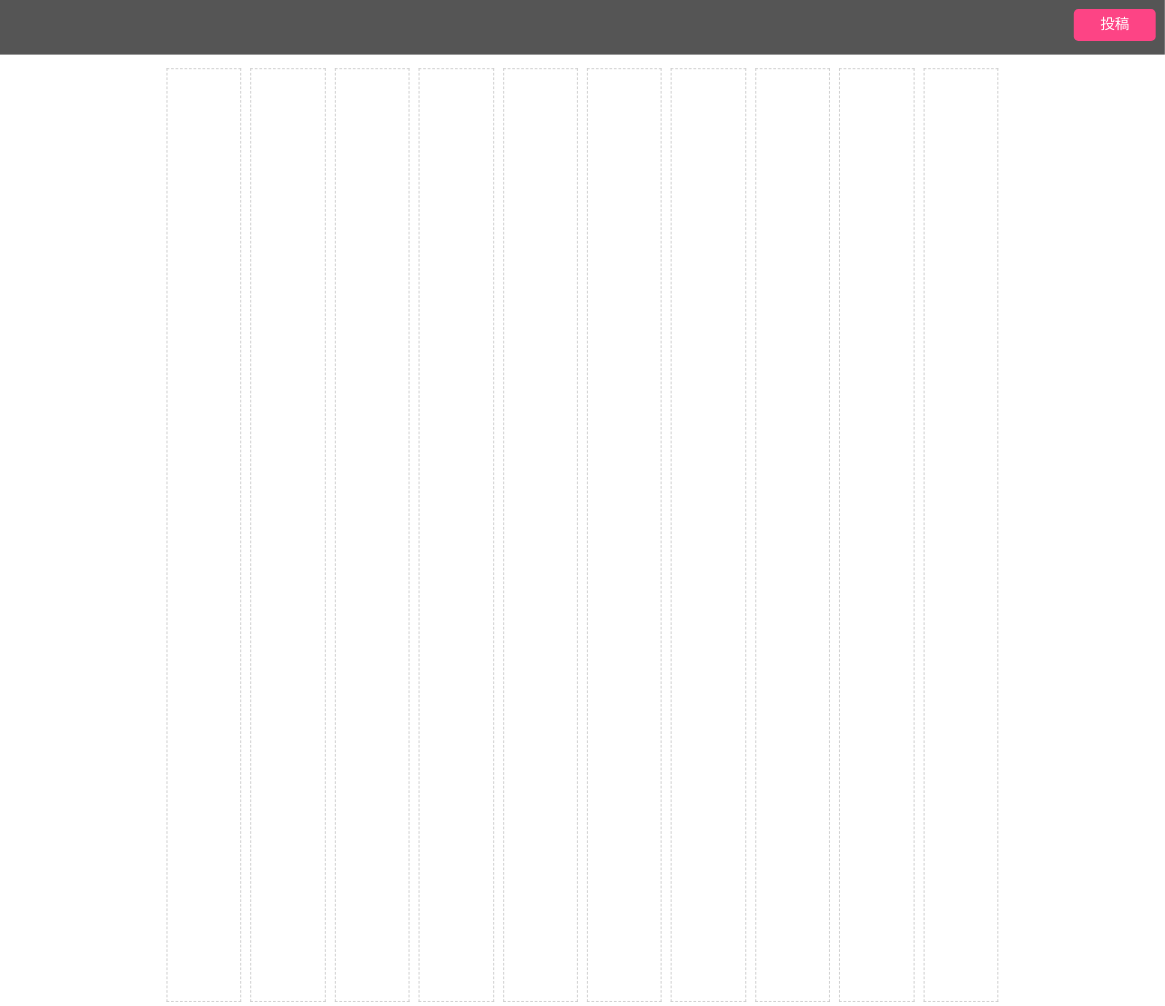
Repository: masaharu0090/yuibon_001
Page: http://localhost/html/index.php
These files come from the project's save history. The page is drawn as it stood at one moment and after the next save; the edit follows.
The browser window is 1280 px wide. The pictures show the whole page, at 91% of full size.
The page is run by PHP 8.4 with error messages shown; the project is at /var/www/html/. Queries for data that is not in the repository find no rows.

Above is the page before, as saved 2023-08-01 17:16:17.

### ImagePosting_08.04/html/index.php
<!DOCTYPE html>
<html lang="ja">
<head>
  <meta charset="UTF-8">
  <meta http-equiv="X-UA-Compatible" content="IE=edge">
  <meta name="viewport" content="width=device-width, initial-scale=1.0">
  <link rel="stylesheet" href="../style.css">
  <title>画像投稿アプリ</title>
</head>
<body>
  <?php include('../dbConfig.php') ?>
  <?php include('../getDatas.php') ?>
  <?php include('./header.php') ?>
  <div class="imageList">
    <?php
      $imageCount = count($data); // 画像の数を取得
      $maxImageCount = 10; // 最大画像数を設定
      for ($i = 0; $i < $maxImageCount; $i++) {
        if ($i < $imageCount) {
          $image = $data[$i];
          echo '<div class="imageFrame">';
          echo '<a href="./imageDetail.php?id=' . $image['id'] . '"><img src="../images/' . $image['file_name'] . '" alt="投稿画像"></a>';
          // 番号を表示
          echo '<div class="imageNumber">' . ($i + 1) . '</div>';
          echo '</div>';
        } else {
          echo '<div class="emptyImageFrame"></div>'; // 画像がない場合の空の枠
        }
      }
    ?>
  </div>
</body>
</html>

### ImagePosting_08.04/dbConfig.php
<?php

$dbName = "mysql:host=localhost;dbname=imageposting";
$userName = "yuibonn_user";
$password = "yuibonn0900";

try {
    $db = new PDO($dbName, $userName, $password);
} catch (\Throwable $th) {
    exit();
}

### ImagePosting_08.04/getDatas.php
<?php

$uri = $_SERVER['REQUEST_URI'];

if (strpos($uri, 'imageDetail.php') !== false) {
    $imageId = $_GET['id'];
    $sql = "SELECT * FROM images WHERE id = " . $imageId;

    $sth = $db->prepare($sql);
    $sth->execute();
    $data['image'] = $sth->fetch();

    $sql2 = "SELECT * FROM comments WHERE image_id = " . $imageId . " ORDER BY create_date DESC";

    $sth = $db->prepare($sql2);
    $sth->execute();
    $data['comments'] = $sth->fetchAll();
    $countComment = count($data['comments']);
} else {
    $sql = "SELECT * FROM images ORDER BY create_date DESC";

    $sth = $db->prepare($sql);
    $sth->execute();
    $data = $sth->fetchAll();
}

return $data;

### ImagePosting_08.04/html/header.php
<!DOCTYPE html>
<html lang="ja">
<head>
  <meta charset="UTF-8">
  <meta http-equiv="X-UA-Compatible" content="IE=edge">
  <meta name="viewport" content="width=device-width, initial-scale=1.0">
  <link rel="stylesheet" href="../style.css">
  <title>画像投稿アプリ</title>
</head>
<body>
  <div class="header">
    <button class="postImage" onclick="location.href='./postImageForm.php';">投稿</button>
  </div>
</body>
</html>

### ImagePosting_08.04/style.css
/*! destyle.css v3.0.2 | MIT License | https://github.com/nicolas-cusan/destyle.css */

/* Reset box-model and set borders */
/* ============================================ */

*,
::before,
::after {
  box-sizing: border-box;
  border-style: solid;
  border-width: 0;
}

/* Document */
/* ============================================ */

/**
 * 1. Correct the line height in all browsers.
 * 2. Prevent adjustments of font size after orientation changes in iOS.
 * 3. Remove gray overlay on links for iOS.
 */

html {
  line-height: 1.15; /* 1 */
  -webkit-text-size-adjust: 100%; /* 2 */
  -webkit-tap-highlight-color: transparent; /* 3*/
}

/* Sections */
/* ============================================ */

/**
 * Remove the margin in all browsers.
 */

body {
  margin: 0;
}

/**
 * Render the `main` element consistently in IE.
 */

main {
  display: block;
}

/* Vertical rhythm */
/* ============================================ */

p,
table,
blockquote,
address,
pre,
iframe,
form,
figure,
dl {
  margin: 0;
}

/* Headings */
/* ============================================ */

h1,
h2,
h3,
h4,
h5,
h6 {
  font-size: inherit;
  font-weight: inherit;
  margin: 0;
}
/* Lists (enumeration) */
/* ============================================ */


ul,
ol {
  margin: 0;
  padding: 0;
  list-style: none;
}

/* Lists (definition) */
/* ============================================ */

dt {
  font-weight: bold;
}

dd {
  margin-left: 0;
}

/* Grouping content */
/* ============================================ */

/**
 * 1. Add the correct box sizing in Firefox.
 * 2. Show the overflow in Edge and IE.
 */

hr {
  box-sizing: content-box; /* 1 */
  height: 0; /* 1 */
  overflow: visible; /* 2 */
  border-top-width: 1px;
  margin: 0;
  clear: both;
  color: inherit;
}

/**
 * 1. Correct the inheritance and scaling of font size in all browsers.
 * 2. Correct the odd `em` font sizing in all browsers.
 */

pre {
  font-family: monospace, monospace; /* 1 */
  font-size: inherit; /* 2 */
}

address {
  font-style: inherit;
}

/* Text-level semantics */
/* ============================================ */

/**
 * Remove the gray background on active links in IE 10.
 */

a {
  background-color: transparent;
  text-decoration: none;
  color: inherit;
}

/**
 * 1. Remove the bottom border in Chrome 57-
 * 2. Add the correct text decoration in Chrome, Edge, IE, Opera, and Safari.
 */

abbr[title] {
  text-decoration: underline dotted; /* 2 */
}

/**
 * Add the correct font weight in Chrome, Edge, and Safari.
 */

b,
strong {
  font-weight: bolder;
}

/**
 * 1. Correct the inheritance and scaling of font size in all browsers.
 * 2. Correct the odd `em` font sizing in all browsers.
 */

code,
kbd,
samp {
  font-family: monospace, monospace; /* 1 */
  font-size: inherit; /* 2 */
}

/**
 * Add the correct font size in all browsers.
 */

small {
  font-size: 80%;
}

/**
 * Prevent `sub` and `sup` elements from affecting the line height in
 * all browsers.
 */

sub,
sup {
  font-size: 75%;
  line-height: 0;
  position: relative;
  vertical-align: baseline;
}

sub {
  bottom: -0.25em;
}

sup {
  top: -0.5em;
}

/* Replaced content */
/* ============================================ */

/**
 * Prevent vertical alignment issues.
 */

svg,
img,
embed,
object,
iframe {
  vertical-align: bottom;
}

/* Forms */
/* ============================================ */

/**
 * Reset form fields to make them styleable.
 * 1. Make form elements stylable across systems iOS especially.
 * 2. Inherit text-transform from parent.
 */

button,
input,
optgroup,
select,
textarea {
  -webkit-appearance: none; /* 1 */
  appearance: none;
  vertical-align: middle;
  color: inherit;
  font: inherit;
  background: transparent;
  padding: 0;
  margin: 0;
  border-radius: 0;
  text-align: inherit;
  text-transform: inherit; /* 2 */
}

/**
 * Reset radio and checkbox appearance to preserve their look in iOS.
 */

[type="checkbox"] {
  -webkit-appearance: checkbox;
  appearance: checkbox;
}

[type="radio"] {
  -webkit-appearance: radio;
  appearance: radio;
}

/**
 * Correct cursors for clickable elements.
 */

button,
[type="button"],
[type="reset"],
[type="submit"] {
  cursor: pointer;
}

button:disabled,
[type="button"]:disabled,
[type="reset"]:disabled,
[type="submit"]:disabled {
  cursor: default;
}

/**
 * Improve outlines for Firefox and unify style with input elements & buttons.
 */

:-moz-focusring {
  outline: auto;
}

select:disabled {
  opacity: inherit;
}

/**
 * Remove padding
 */

option {
  padding: 0;
}

/**
 * Reset to invisible
 */

fieldset {
  margin: 0;
  padding: 0;
  min-width: 0;
}

legend {
  padding: 0;
}

/**
 * Add the correct vertical alignment in Chrome, Firefox, and Opera.
 */

progress {
  vertical-align: baseline;
}

/**
 * Remove the default vertical scrollbar in IE 10+.
 */

textarea {
  overflow: auto;
}

/**
 * Correct the cursor style of increment and decrement buttons in Chrome.
 */

[type="number"]::-webkit-inner-spin-button,
[type="number"]::-webkit-outer-spin-button {
  height: auto;
}

/**
 * 1. Correct the outline style in Safari.
 */

[type="search"] {
  outline-offset: -2px; /* 1 */
}

/**
 * Remove the inner padding in Chrome and Safari on macOS.
 */

[type="search"]::-webkit-search-decoration {
  -webkit-appearance: none;
}

/**
 * 1. Correct the inability to style clickable types in iOS and Safari.
 * 2. Fix font inheritance.
 */

::-webkit-file-upload-button {
  -webkit-appearance: button; /* 1 */
  font: inherit; /* 2 */
}

/**
 * Clickable labels
 */

label[for] {
  cursor: pointer;
}

/* Interactive */
/* ============================================ */

/*
 * Add the correct display in Edge, IE 10+, and Firefox.
 */

details {
  display: block;
}

/*
 * Add the correct display in all browsers.
 */

summary {
  display: list-item;
}

/*
 * Remove outline for editable content.
 */

[contenteditable]:focus {
  outline: auto;
}

/* Tables */
/* ============================================ */

/**
1. Correct table border color inheritance in all Chrome and Safari.
*/

table {
  border-color: inherit; /* 1 */
  border-collapse: collapse;
}

caption {
  text-align: left;
}

td,
th {
  vertical-align: top;
  padding: 0;
}

th {
  text-align: left;
  font-weight: bold;
}

/* 共通CSS */
/* ヘッダーCSS */
.header {
  width: 100%;
  height: 60px;
  background-color: #555555;
  display: flex;
  justify-content: end;
}

.postImage {
  margin: 10px;
}

/* 画像投稿アプリ用buttonタグCSS */
button {
  color: #fff;
  background-color: #fd4485;
  width: 90px;
  height: 35px;
  text-align: center;
  border-radius: 5px;
}

/* 画像一覧ページ */
.imageList {
  width: 80%;
  margin: 10px auto 0 auto;
  display: flex;
  flex-wrap: wrap;
  justify-content: center;
  align-items: center;
}

.imageList img {
  width: 300px;
  height: 200px;
  object-fit: cover;
  margin: 10px;
  cursor: pointer;
}

.imageList img:hover {
  opacity: 70%;
}

.customDiv {
  display: flex;
  flex-wrap: wrap;
  justify-content: center;
  align-items: center;
}

.imageFrame {
  position: relative;
  width: calc(10% - 20px); /* 画像枠の幅を10%に設定 (10個の画像を横に並べるため) */
  margin: 5px;
  display: inline-block;
  border: 1px solid #ccc; /* 枠のデフォルトのスタイルを追加 */
  overflow: hidden; /* 画像のアスペクト比を保つために必要 */
}

.imageFrame img {
  max-width: 100%; /* 画像を枠内に収めるため、枠幅に合わせてサイズを調整 */
  height: auto;
  display: block;
}

.imageNumber {
  position: absolute;
  top: 5px;
  left: 5px;
  background-color: rgba(255, 255, 255, 0.8);
  border: 1px solid #ccc;
  border-radius: 5px;
  padding: 3px;
  font-size: 12px;
}

/* 画像が選択されていない空の枠のスタイル */
.emptyImageFrame {
  width: calc(10% - 20px); /* 画像枠の幅を10%に設定 (10個の画像を横に並べるため) */
  height: 0;
  padding-top: 100%; /* 枠のアスペクト比を1:1に保つためのトリック */
  margin: 5px;
  display: inline-block;
  border: 1px dashed #ccc; /* 薄い点線の枠を追加 */
}


/* 画像一覧ページ.ページネーション */
.pagination {
  display: flex;
  justify-content: center;
}

.pagination li {
  display: inline;
  padding:10px 15px;
  margin: 3px;
  border:1px #ccc solid;color:#000053;
  border-radius: 5px;
  cursor: pointer;
}

/* 画像詳細ページ */
.detailImageBox {
  width: 80%;
  margin: 50px auto 0 auto;
  text-align: center;
  display: flex;
}

/* 画像 */
.detailImage {
  width: 60%;
}

.detailImage img {
  width: 100%;
  height: 460px;
  object-fit: cover;
}

.detailImagButton {
  width: 50%;
  margin: 10px auto 30px auto;
  display: flex;
  justify-content: space-around;
}

.updateButton {
  background-color: #78E40C;
}

.deleteButton {
  background-color: #FF0000;
}

/* 画像詳細ページ.コメント */
.comment {
  width: 40%;
  margin-left: 40px;
  text-align: left;
  list-style: none;
}

.comment ul {
  height: 280px;
  overflow-y: scroll;
}

.commentTitle {
  font-size: 20px;
  font-weight: bold;
  margin-bottom: 30px;
}

.comment li {
  margin-bottom: 20px;
}

textarea {
  width: 90%;
  height: 100px;
  resize: none;
  border: 1px solid #ccc;
  margin: 20px 0;
  border-radius: 5px;
}

.submitComment {
  width: 100%;
  margin: 0 auto;
  text-align: center;
}

.submitImage {
  width: 60%;
  margin: 100px auto 0 auto;
  text-align: center;
}

#preview {
  margin: 0 auto;
  width: 400px;
  height: 280px;
  object-fit: cover;
  border: 1px dashed #ccc;
}

.submitImage input {
  width: 90%;
  border: 1px dashed #ccc;
  margin: 50px;
}

.backButton {
  margin-top: 30px;
}

After the next save:
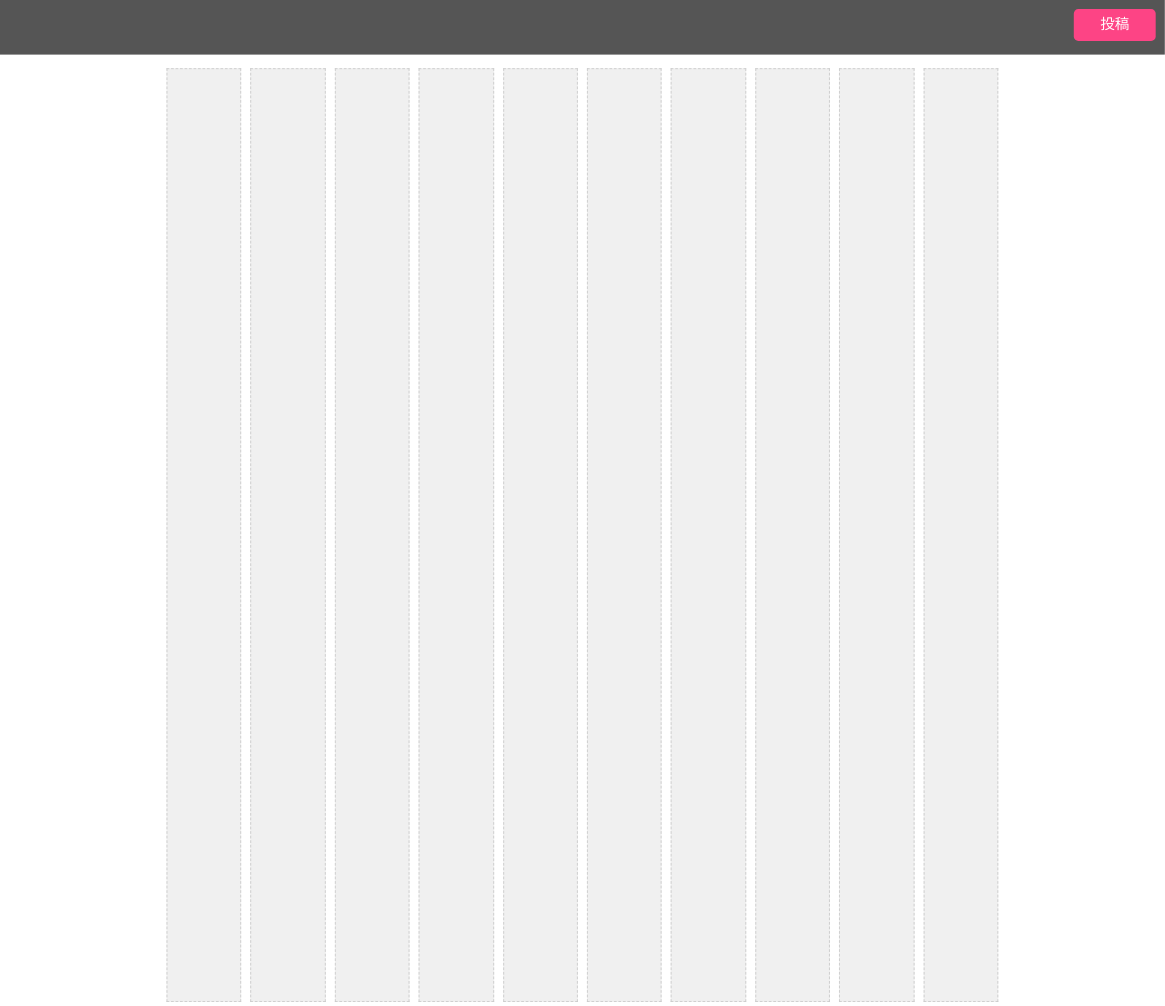
Saved 115 s later.
--- a/ImagePosting_08.04/style.css
+++ b/ImagePosting_08.04/style.css
@@ -501,6 +501,17 @@ button {
 
 /* 画像が選択されていない空の枠のスタイル */
 .emptyImageFrame {
+  position: relative;
+  width: calc(10% - 20px); /* 画像枠の幅を10%に設定 (10個の画像を横に並べるため) */
+  margin: 5px;
+  display: inline-block;
+  border: 1px dashed #ccc; /* 薄い点線の枠を追加 */
+  background-color: #f0f0f0; /* グレーの背景色を追加 */
+  padding-top: calc(10% - 20px); /* 枠のアスペクト比を1:1に保つためのトリック */
+}
+
+/* 画像が選択されていない空の枠のスタイル */
+.emptyImageFrame {
   width: calc(10% - 20px); /* 画像枠の幅を10%に設定 (10個の画像を横に並べるため) */
   height: 0;
   padding-top: 100%; /* 枠のアスペクト比を1:1に保つためのトリック */
